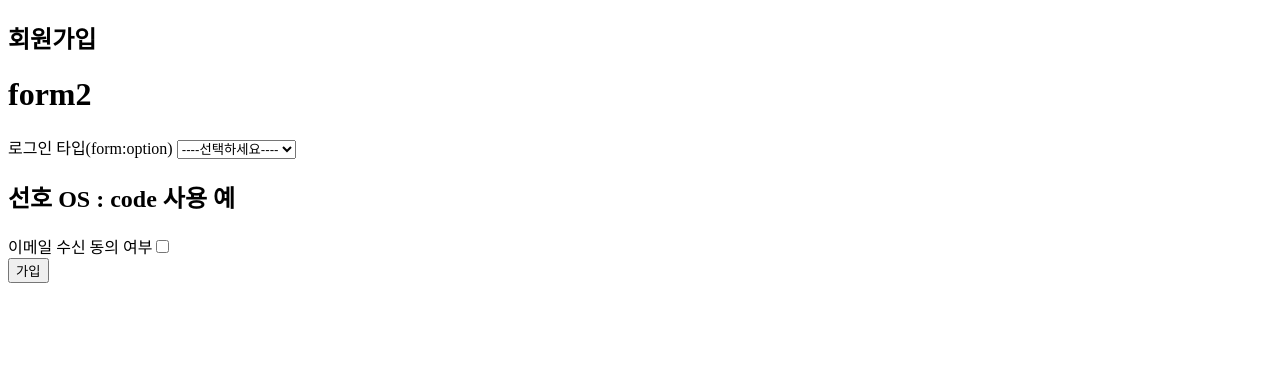
Repository: hanskim431/STS_Study
Page: http://localhost/sp5-chap11/WEB-INF/view/form/form2.jsp
An editor plug-in stored every save of this project. The page is shown before and after the next save, followed by the edit.
The browser window is 1280 px wide. The pictures show the whole page.
The page is served by Tomcat 9. Nobody is signed in. The template is opened directly, without the code that normally fills it, so the values that code supplies are empty.

Above is the page before, as saved 2023-06-09 03:15:29.

After the next save:
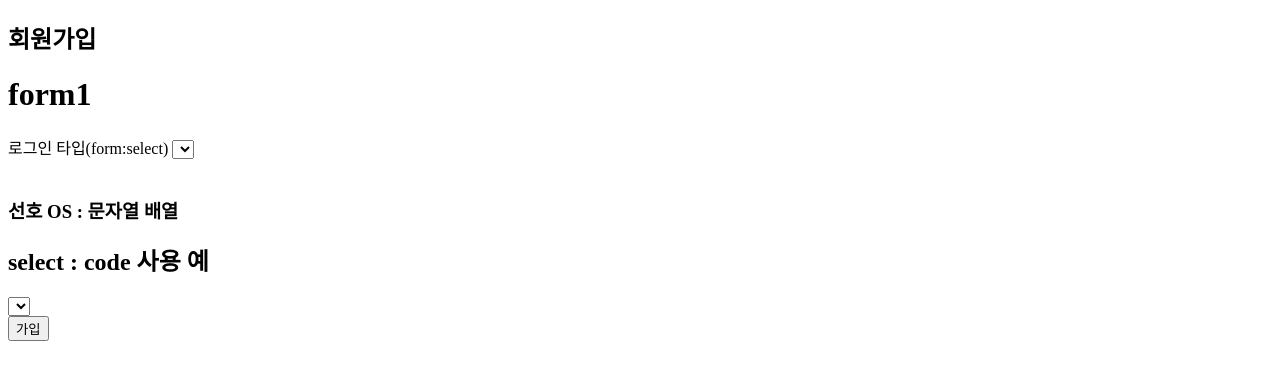
Saved 2 min 34 s later.
--- a/sp5-chap11/src/main/webapp/WEB-INF/view/form/form2.jsp
+++ b/sp5-chap11/src/main/webapp/WEB-INF/view/form/form2.jsp
@@ -10,7 +10,7 @@
 </head>
 <body>
 <h2>회원가입</h2>
-	<%--
+
 <form:form modelAttribute="formCommand">
 	<h1>form1</h1>
 	<div>
@@ -32,10 +32,11 @@
 	</form:select>
 	</div>
 
+	<button>가입</button>
 </form:form>
-	--%>
 
-<form:form modelAttribute="formCommand">
+
+<%-- <form:form modelAttribute="formCommand">
 	<h1>form2</h1>
 	<div>
 		<label for="loginType">로그인 타입(form:option)</label>
@@ -55,6 +56,6 @@
 
 	<br>
 	<button>가입</button>
-</form:form>
+</form:form> --%>
 </body>
 </html>
